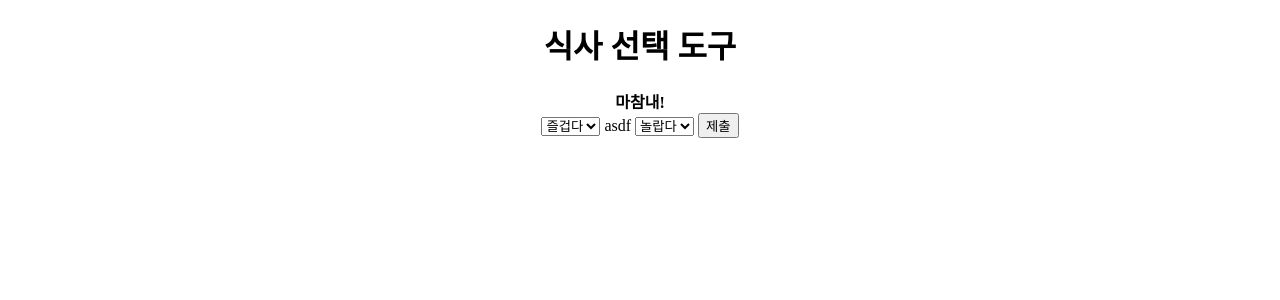
Repository: kimgh06/JavaWeb
Page: http://localhost/what/
The author's editor kept a copy of each file at every save. The page is drawn from the files as they stood at one save, then again after the next save.
The browser window is 1280 px wide. The pictures show the whole page.
The page is served by Tomcat 9. Other server files are loaded and not shown.

Above is the page before, as saved 2022-11-03 02:32:29.

### what/src/main/webapp/index.jsp
<%@ page language="java" contentType="text/html; charset=EUC-KR"
    pageEncoding="EUC-KR"%>
<!DOCTYPE html>
<html>
<head>
<meta charset="EUC-KR">
<title>식사 선택 도구</title>
<link href ="./main.css" rel = "stylesheet" type = "text/css">
</head>
<body>
	<div id="main">
	<h1>식사 선택 도구</h1>
		<b>마참내!</b>
		<div id="form">
		<select>
			<option>즐겁다</option>
			<option>화난다</option>
			<option>기쁘다</option>
		</select>
		<label>asdf</label>
		<select>
			<option>놀랍다</option>
		</select>
		<button>제출</button>
		</div>
	</div>
</body>
</html>

### what/src/main/webapp/main.css
@CHARSET "UTF-8";

#main{
	text-align: center;
	display: block;
}

#form{
	display: block;
}

After the next save:
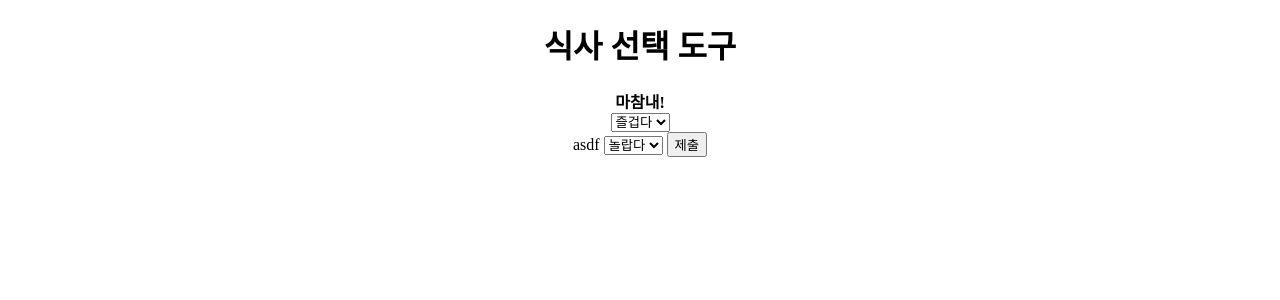
Saved 63 s later.
--- a/what/src/main/webapp/index.jsp
+++ b/what/src/main/webapp/index.jsp
@@ -1,27 +1,30 @@
 <%@ page language="java" contentType="text/html; charset=EUC-KR"
-    pageEncoding="EUC-KR"%>
+	pageEncoding="EUC-KR"%>
 <!DOCTYPE html>
 <html>
 <head>
 <meta charset="EUC-KR">
 <title>식사 선택 도구</title>
-<link href ="./main.css" rel = "stylesheet" type = "text/css">
+<link href="./main.css" rel="stylesheet" type="text/css">
 </head>
 <body>
 	<div id="main">
-	<h1>식사 선택 도구</h1>
+		<h1>식사 선택 도구</h1>
 		<b>마참내!</b>
 		<div id="form">
-		<select>
-			<option>즐겁다</option>
-			<option>화난다</option>
-			<option>기쁘다</option>
-		</select>
-		<label>asdf</label>
-		<select>
-			<option>놀랍다</option>
-		</select>
-		<button>제출</button>
+			<div>
+				<select>
+					<option>즐겁다</option>
+					<option>화난다</option>
+					<option>기쁘다</option>
+				</select>
+			</div>
+			<div>
+				<label>asdf</label> <select>
+					<option>놀랍다</option>
+				</select>
+				<button>제출</button>
+			</div>
 		</div>
 	</div>
 </body>
